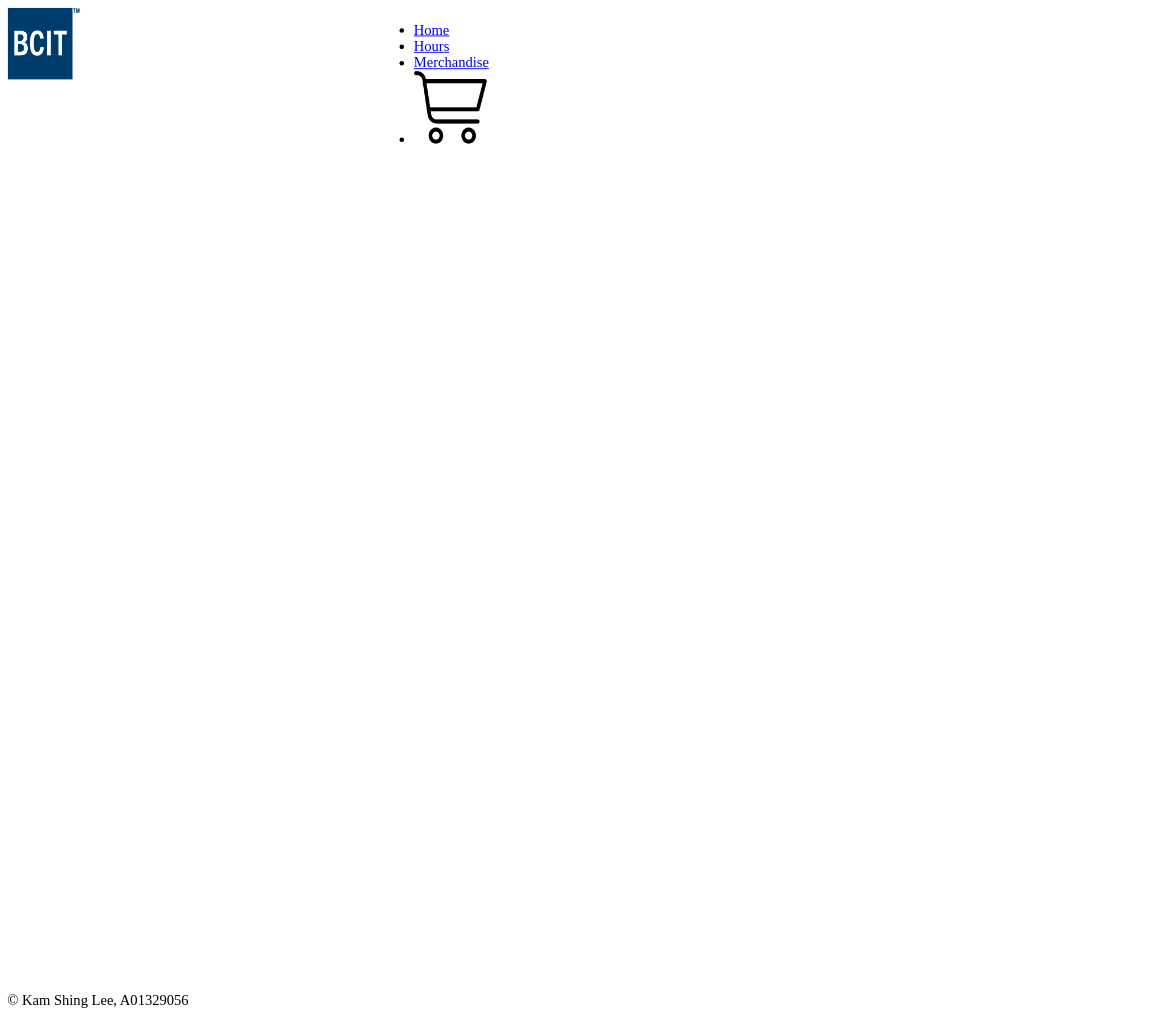
Repository: klee616/assessment3
Page: /
The author's editor kept a copy of each file at every save. The page is drawn from the files as they stood at one save, then again after a run of saves.
The browser window is 1280 px wide. The pictures show the whole page, at 91% of full size.
The project was rebuilt for these pictures with package versions that can differ from the ones it lists, and the page was loaded fresh each time. The framework's server and built-in components were replaced by stand-ins that run in the browser. Also part of the build but not shown: next.config.mjs, components/Footer/Footer.module.css.

Above is the page before, as saved 2024-02-05 16:01:43.

After the next 2 saves:
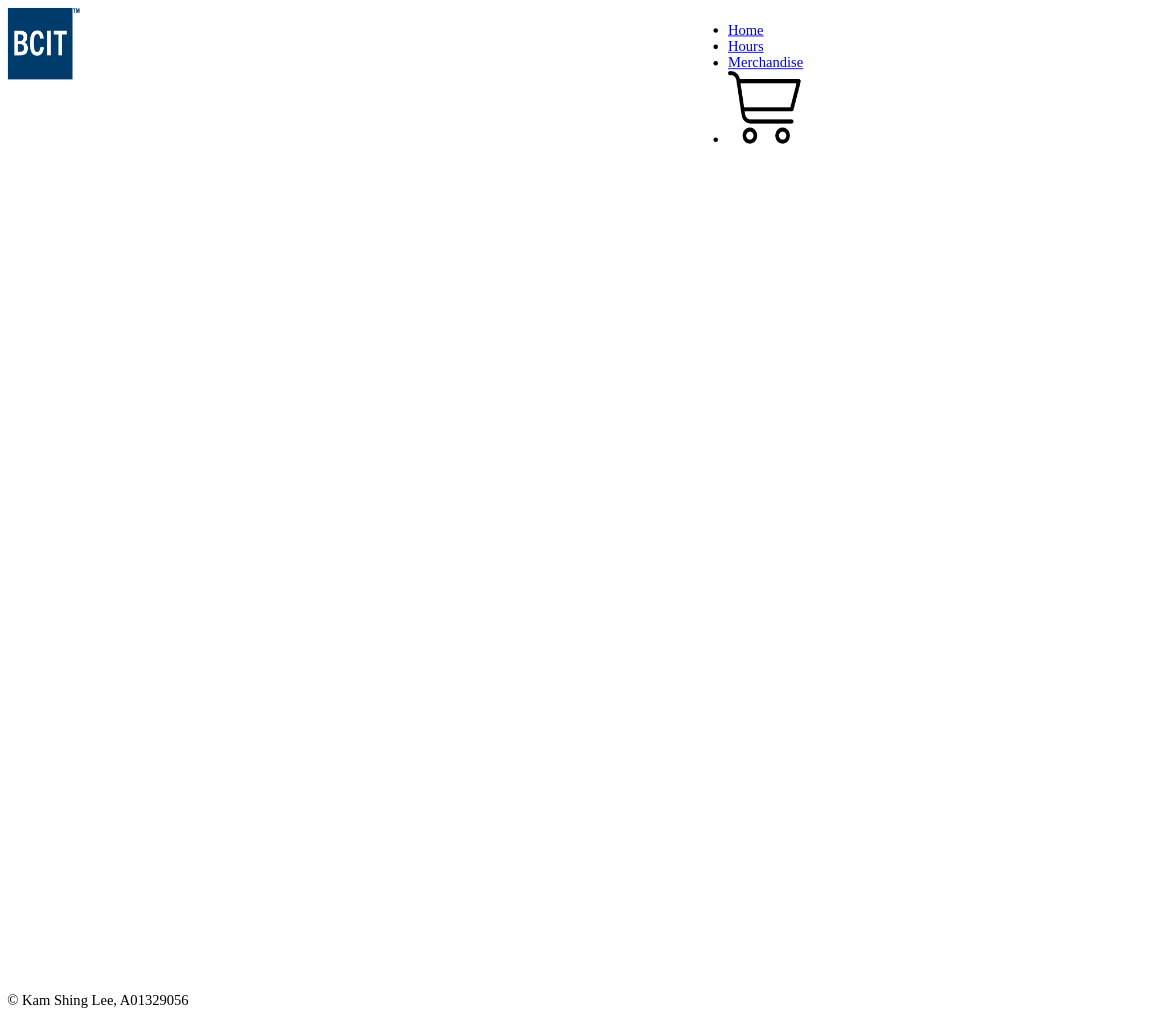
The 2 saves are shown as one change because they came seconds apart.
The last was saved 14 s later.
--- a/components/Header/Header.module.css
+++ b/components/Header/Header.module.css
@@ -1,5 +1,4 @@
-.menu-containera{
-
+.menu-container{
     display: flex;
     flex-direction: row;
     flex-wrap: nowrap;
